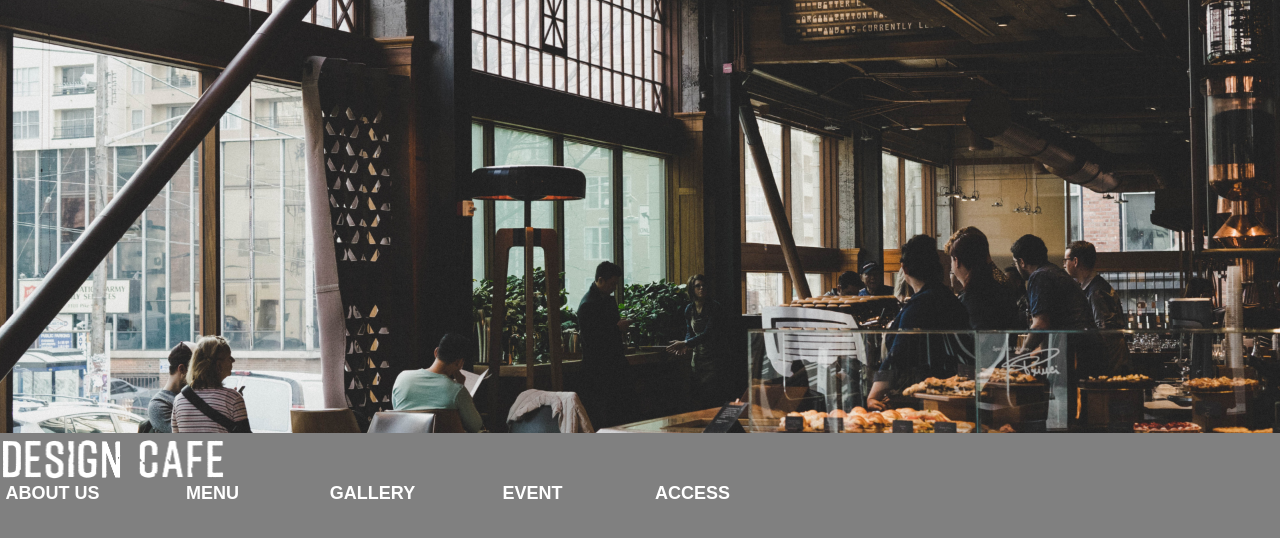
Repository: sonoyama01/dezasuta
Page: 第4回課題/index.html
The author's editor kept a copy of each file at every save. The page is drawn from the files as they stood at one save, then again after the next save.
The browser window is 1280 px wide. The pictures show the whole page.

Above is the page before, as saved 2024-05-01 23:30:46.

### 第4回課題/index.html
<!DOCTYPE html>
<html lang="ja">

<head>
    <meta charset="UTF-8">
    <meta name="viewport" content="width=device-width, initial-scale=1.0">
    <title>Desing Cafe</title>
    <link rel="stylesheet" href="./css/style.css">
</head>

<body>
    <header>
        <div class="header_slide">
            <div>
                <img src="./images/pc_first-100.jpg" alt="店内の様子">
            </div>
        </div>
        <div class="header_wap">
            <h1 class="header_logo">
                <img src="./images/design_cafe_logo_header@2x.png" alt="desind cafe">
            </h1>
            <nav class="pc_nav">
                <ul>
                    <li><a href="#">ABOUT US</a></li>
                    <li><a href="#">MENU</a></li>
                    <li><a href="#">GALLERY</a></li>
                    <li><a href="#">EVENT</a></li>
                    <li><a href="#">ACCESS</a></li>
                </ul>
            </nav>
        </div>
    </header>

</body>

</html>

### 第4回課題/css/style.css
@charset "utf-8";

/* cssリセット */

/*利用するタグによってこちらの内容は増やす*/

html,
body,
h1,
h2,
h3,
p,
dl,
dt,
dd,
ul,
li {
  margin: 0;
  padding: 0;
  line-height: 1;
  /*デフォルトの文字色、font-familyを予め当てておく*/
  color: #4f260b;
  font-family: "游明朝", YuMincho, "Hiragino Mincho ProN W3",
    "ヒラギノ明朝 ProN W3", "Hiragino Mincho ProN", "HG明朝E", "ＭＳ Ｐ明朝",
    "ＭＳ 明朝", serif;
}

a {
  /*下線を消す*/
  text-decoration: none;
  /*色を消す*/
  color: inherit;
}

ul {
  /*左の「・」を消す*/
  list-style: none;
}

img {
  max-width: 100%;
  vertical-align: bottom;
  border: none;
}

body {
  background-color: gray;
}

.pc_nav ul {
  display: flex;
  gap: 55px;
}

.pc_nav ul li {
  width: 105px;
  text-align: center;
  color: #ffffff;
  font-weight: bold;
  font-size: 18px;
  font-family: "Hiragino Sans W3", "Hiragino Kaku Gothic ProN",
    "ヒラギノ角ゴ ProN W3", "メイリオ", Meiryo, "ＭＳ Ｐゴシック", "MS PGothic",
    sans-serif;
}

.header_logo {
  width: 226px;
}

After the next save:
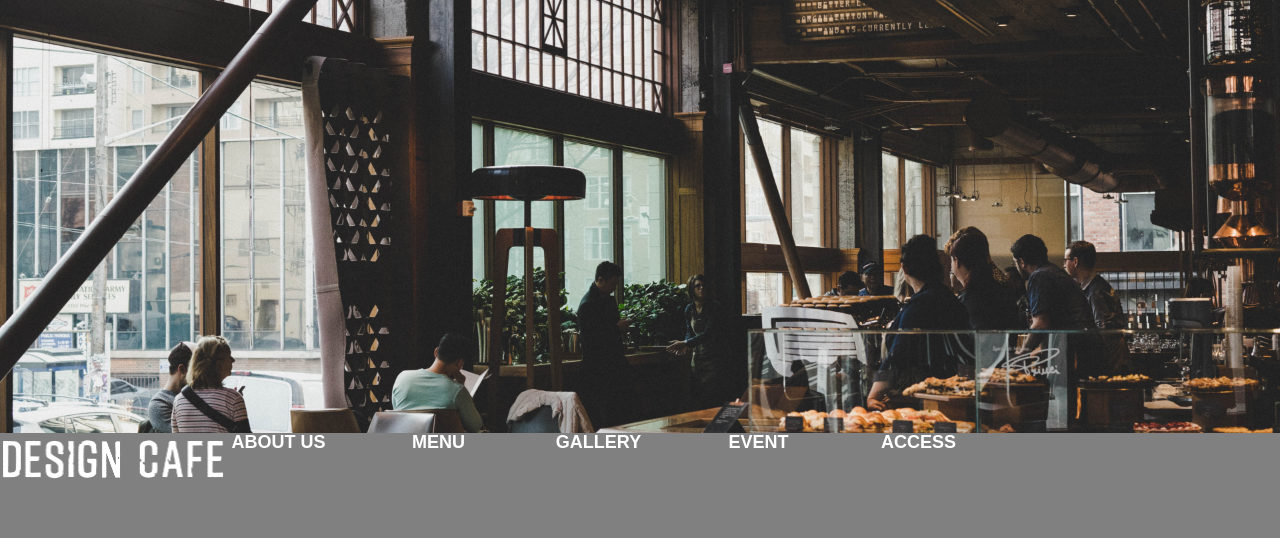
Saved 11 min 19 s later.
--- a/第4回課題/css/style.css
+++ b/第4回課題/css/style.css
@@ -66,3 +66,7 @@ body {
 .header_logo {
   width: 226px;
 }
+
+.header_wap {
+  display: flex;
+}
